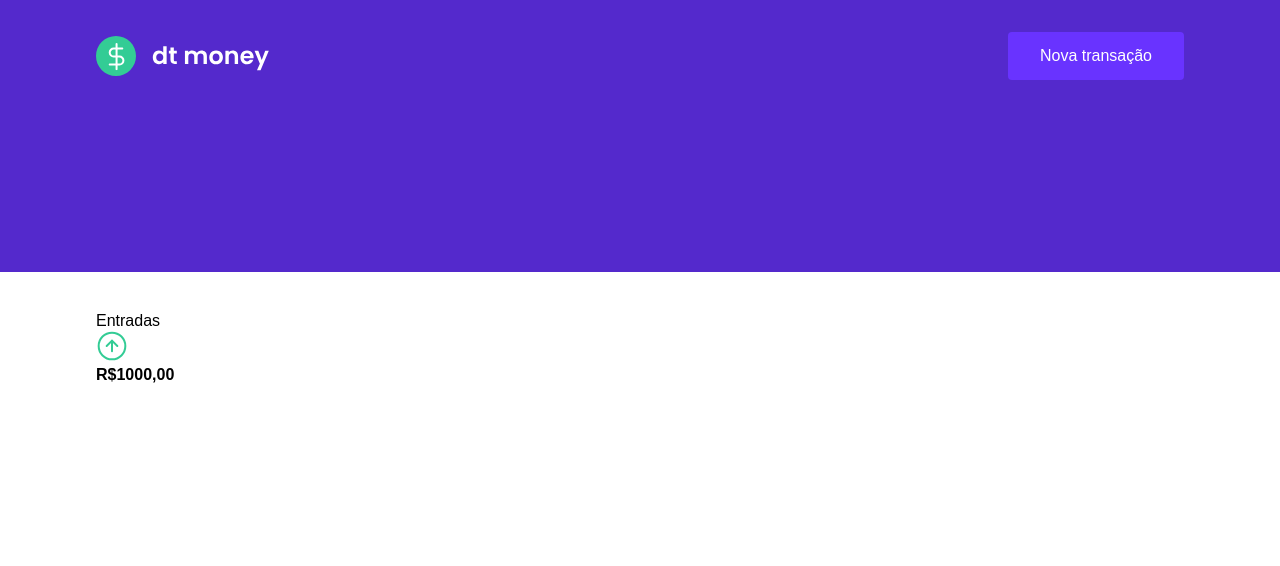
Repository: joaovnogueira/dtmoney
Page: /
An editor plug-in stored every save of this project. The page is shown before and after the next save, followed by the edit.
The browser window is 1280 px wide. The pictures show the whole page.
The project was rebuilt for these pictures with package versions that can differ from the ones it lists, and the page was loaded fresh each time.

Above is the page before, as saved 2022-06-21 14:27:12.

### src/index.tsx
import React from 'react';
import ReactDOM from 'react-dom/client';
import { App }  from './App';

const root = ReactDOM.createRoot(
  document.getElementById('root') as HTMLElement
);
root.render(
  <React.StrictMode>
    <App />
  </React.StrictMode>
);

### src/App.tsx
import { GlobalStyle } from "./assets/styles/global";
import { Dashboard } from "./components/dashboard";
import { Header } from "./components/header";

export function App() {
  return (
      <>
        <Header/>
        <Dashboard/>

        <GlobalStyle/>
      </>

  );
}

### src/assets/styles/global.ts
import { createGlobalStyle } from "styled-components";

export const GlobalStyle = createGlobalStyle`
    :root {
        --red: #E62E4D;
        --blue: #5429CC;
        --blue-light: #6933FF;
        -green: #33CC95;

        --text-title: #363F5F;
        --text-body: #969CB3;
        --shape: #FFFFFF;
        --background: #F0F2F5;
    }
    *{
        margin: 0;
        padding: 0;
        box-sizing: border-box;
    }

    html {
        @media (max-width: 1080px) {
            font-size: 93.75%; // 15px
        }
        @media (max-width: 720px) {
            font-size: 87.5%; // 14px
        }
    }

    //REM = 1rem = 16px (tamanho da fonte)

    body{
        background: var (--background);
        -webkit-font-smoothing: antialiased;
    }

    body, input, textarea, button {
        font-family: 'Poppins', sans-serif;
        font-weight: 400;
    }

    h1, h2, h3, h4, h5, h6, strong {
        font-weight: 600;
    }
    button {
        cursor: pointer;
    }
    [disabled] {
        opacity: 0.6;
        cursor: not-allowed;
    }

`

### src/components/dashboard/index.tsx
import { Summary } from "../summary";
import { Container } from "./styles";

export function Dashboard (){
    return (
        <Container>
            <Summary />
        </Container>
    );
}

### src/components/header/index.tsx
import logoImg from '../../assets/logo.svg'
import { Container, Content } from './styles'

export function Header (){
    return(
        <Container>
            <Content>
                <img src={logoImg} alt="dtmoney" />
                <button type="button">
                    Nova transação
                </button>
            </Content>
        </Container>
    );
}

### src/components/summary/index.tsx
import { Container } from "./styles";
import incomeImg from '../../assets/income.svg';

export function Summary(){
    return(
        <Container>
            <div>
                <header>
                    <p>Entradas</p>
                    <img src={incomeImg} alt="Entradas" />
                </header>
                <strong>R$1000,00</strong>
            </div>
        </Container>
    );
}

### src/components/dashboard/styles.ts
import styled from 'styled-components'

export const Container = styled.main`
    max-width: 1120px;
    margin: 0 auto;
    padding: 2.5rem 1rem;
`;

### src/components/header/styles.ts
import styled from 'styled-components'

export const Container = styled.header`
    background: var(--blue);
`

export const Content = styled.div`
    max-width: 1120px;
    margin: 0 auto;
    padding: 2rem 1rem 12rem;
    display: flex;
    align-items: center;
    justify-content: space-between;

    button {
        font-size: 1rem;
        color: #FFF;
        background: var(--blue-light);
        border: 0;
        padding: 0 2rem;
        border-radius: 0.25rem;
        height: 3rem;

        transition: filter 0.2s;

        &:hover{
            filter: brightness(0.9);
        }
    }
`

### src/components/summary/styles.ts
import styled from 'styled-components'

export const Container = styled.div`

`;

After the next save:
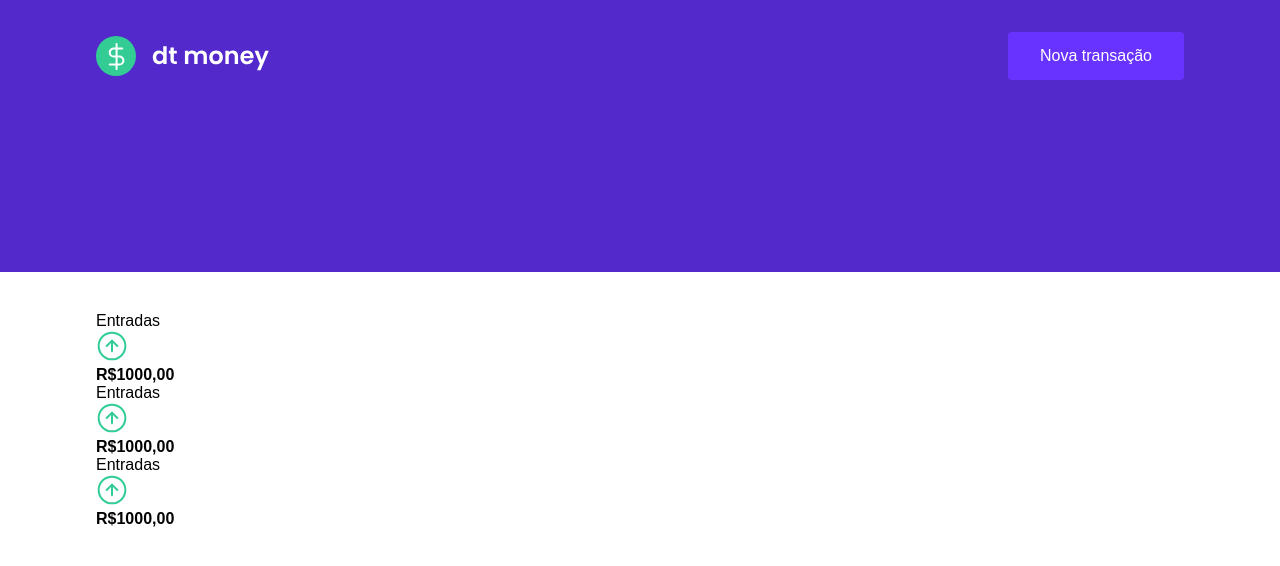
Saved 9 s later.
--- a/src/components/summary/index.tsx
+++ b/src/components/summary/index.tsx
@@ -11,6 +11,20 @@ export function Summary(){
                 </header>
                 <strong>R$1000,00</strong>
             </div>
+            <div>
+                <header>
+                    <p>Entradas</p>
+                    <img src={incomeImg} alt="Entradas" />
+                </header>
+                <strong>R$1000,00</strong>
+            </div>
+            <div>
+                <header>
+                    <p>Entradas</p>
+                    <img src={incomeImg} alt="Entradas" />
+                </header>
+                <strong>R$1000,00</strong>
+            </div>
         </Container>
     );
 }
